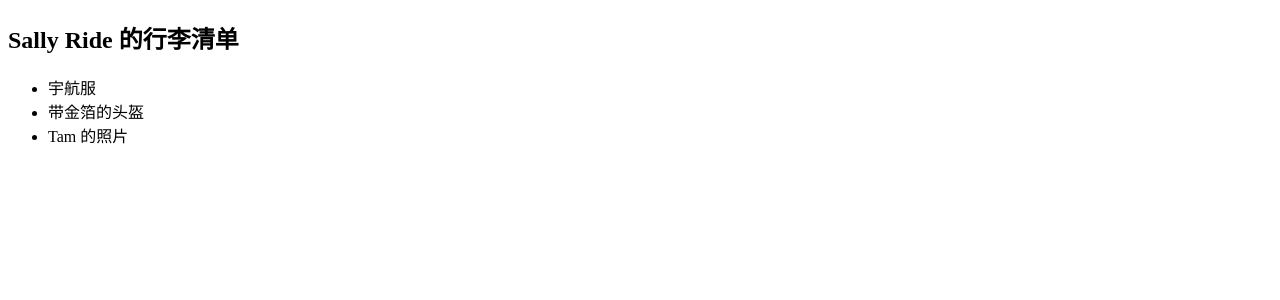
Repository: elite2012/reactstudy
Page: / (app in my-app/)
These files come from the project's save history. The page is drawn as it stood at one moment and after the next save; the edit follows.
The browser window is 1280 px wide. The pictures show the whole page.
The project was rebuilt for these pictures with package versions that can differ from the ones it lists, and the page was loaded fresh each time.

Above is the page before, as saved 2023-04-10 15:53:01.

### my-app/src/index.js
import React from 'react';
import ReactDOM from 'react-dom';
import App from './UI/6-Conditional Rendering/1-Conditionally returning JSX/App'
//假设有一个 PackingList 组件，里面渲染多个 Item 组件，每个物品可标记为打包与否

ReactDOM.render(
    <App/>,
    document.getElementById('root')

)

### my-app/src/UI/6-Conditional Rendering/1-Conditionally returning JSX/App.js
//假设有一个 PackingList 组件，里面渲染多个 Item 组件，每个物品可标记为打包与否：
function Item({ name, isPacked }) {
  return <li className="item">{name}</li>;
}

export default function PackingList() {
  return (
    <section>
      <h1>Sally Ride 的行李清单</h1>
      <ul>
        <Item
          isPacked={true}
          name="宇航服"
        />
        <Item
          isPacked={true}
          name="带金箔的头盔"
        />
        <Item
          isPacked={false}
          name="Tam 的照片"
        />
      </ul>
    </section>
  );
}

### my-app/src/UI/6-Conditional Rendering/3-logincalAndoperator/App.js
//你会遇到的另一个常见的快捷表达式是 [JavaScript 与（`&&`）运算符](https://developer.mozilla.org/zh-CN/docs/Web/JavaScript/Reference/Operators/Logical_AND#:~:text=The logical AND ( %26%26 ) operator,it returns a Boolean value.)。在 React 组件里，通常用在当条件成立时，你想渲染一些 JSX，**或者不做任何渲染**。使用 `&&`，你也可以实现仅当 `isPacked` 为 `true` 时，渲染勾选符号。

### my-app/src/UI/6-Conditional Rendering/2-Conditional (ternary) operator/App.js
function Item({ name, isPacked }) {
    return (
      <li className="item">
        {isPacked ? (
          <del>
            {name + ' ✔'}
          </del>
        ) : (
          name
        )}
      </li>
    );
  }

  export default function PackingList() {
    return (
      <section>
        <h1>Sally Ride's Packing List</h1>
        <ul>
          <Item
            isPacked={true}
            name="Space suit"
          />
          <Item
            isPacked={true}
            name="Helmet with a golden leaf"
          />
          <Item
            isPacked={false}
            name="Photo of Tam"
          />
        </ul>
      </section>
    );
  }

Loaded but not shown: my-app/public/index.html (common file)

After the next save:
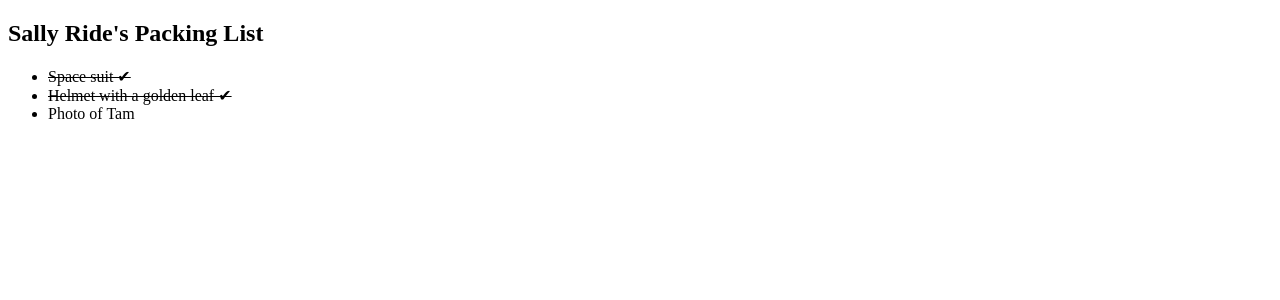
Saved 2 min 10 s later.
--- a/my-app/src/index.js
+++ b/my-app/src/index.js
@@ -1,6 +1,6 @@
 import React from 'react';
 import ReactDOM from 'react-dom';
-import App from './UI/6-Conditional Rendering/1-Conditionally returning JSX/App'
+import App from './UI/6-Conditional Rendering/2-Conditional (ternary) operator/App'
 //假设有一个 PackingList 组件，里面渲染多个 Item 组件，每个物品可标记为打包与否
 
 ReactDOM.render(

After the 5 saves that followed:
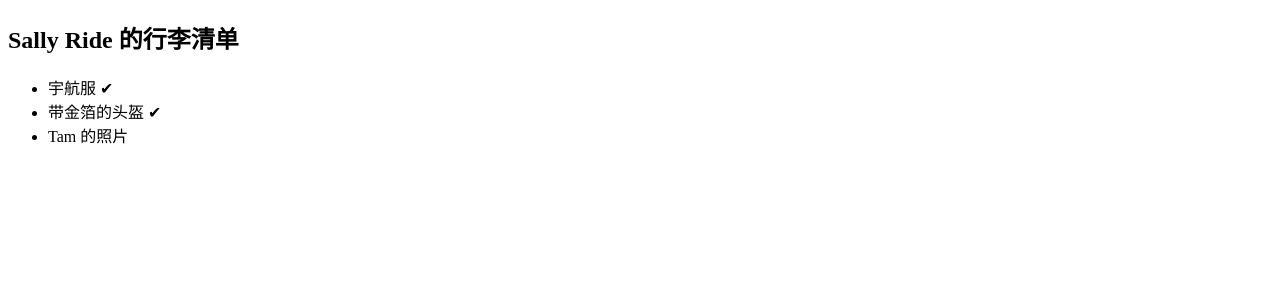
The 5 saves are shown as one change because 4 left the picture as it was.
The last was saved 5 min 22 s later.
--- a/my-app/src/index.js
+++ b/my-app/src/index.js
@@ -1,7 +1,7 @@
 import React from 'react';
 import ReactDOM from 'react-dom';
-import App from './UI/6-Conditional Rendering/2-Conditional (ternary) operator/App'
-//假设有一个 PackingList 组件，里面渲染多个 Item 组件，每个物品可标记为打包与否
+import App from './UI/6-Conditional Rendering/3-logincalAndoperator/App'
+//与运算符（&&)
 
 ReactDOM.render(
     <App/>,
--- a/my-app/src/UI/6-Conditional Rendering/3-logincalAndoperator/App.js
+++ b/my-app/src/UI/6-Conditional Rendering/3-logincalAndoperator/App.js
@@ -1 +1,30 @@
 //你会遇到的另一个常见的快捷表达式是 [JavaScript 与（`&&`）运算符](https://developer.mozilla.org/zh-CN/docs/Web/JavaScript/Reference/Operators/Logical_AND#:~:text=The logical AND ( %26%26 ) operator,it returns a Boolean value.)。在 React 组件里，通常用在当条件成立时，你想渲染一些 JSX，**或者不做任何渲染**。使用 `&&`，你也可以实现仅当 `isPacked` 为 `true` 时，渲染勾选符号。
+function Item({ name, isPacked }) {
+    return (
+      <li className="item">
+        {name} {isPacked && '✔'}
+      </li>
+    );
+  }
+
+  export default function PackingList() {
+    return (
+      <section>
+        <h1>Sally Ride 的行李清单</h1>
+        <ul>
+          <Item
+            isPacked={true}
+            name="宇航服"
+          />
+          <Item
+            isPacked={true}
+            name="带金箔的头盔"
+          />
+          <Item
+            isPacked={false}
+            name="Tam 的照片"
+          />
+        </ul>
+      </section>
+    );
+  }
